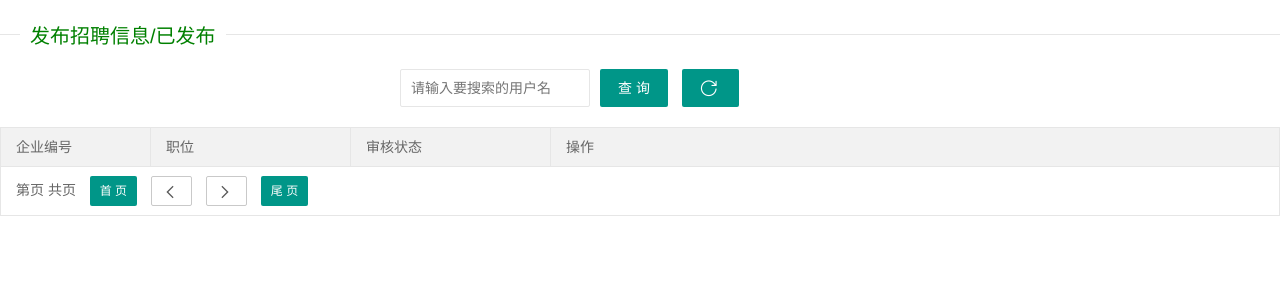
Repository: LongJinhe-coder/java-web-
Page: http://localhost/projectDemo7.30/checkRecruitment.jsp
The author's editor kept a copy of each file at every save. The page is drawn from the files as they stood at one save, then again after the next save.
The browser window is 1280 px wide. The pictures show the whole page.
The page is served by Tomcat 9.

Above is the page before, as saved 2020-07-29 07:50:51.
Console error (its wording comes from the project's code and is left out).

After the next save:
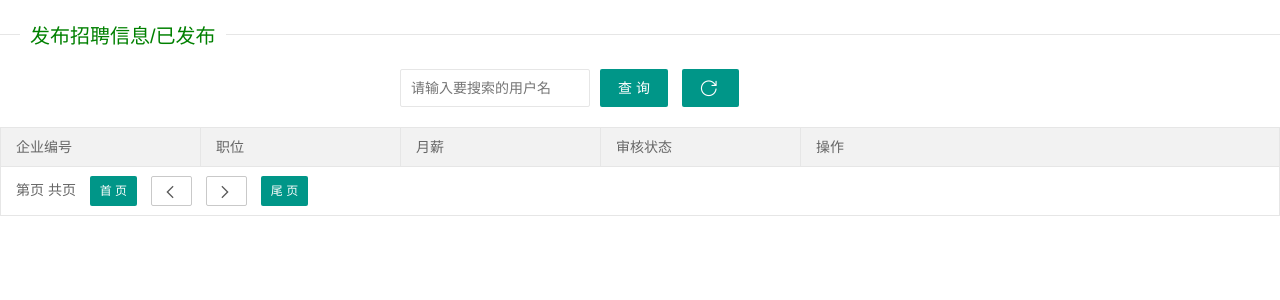
Saved 67 s later.
--- a/MyEclipse CI/projectDemo7.30/WebRoot/checkRecruitment.jsp
+++ b/MyEclipse CI/projectDemo7.30/WebRoot/checkRecruitment.jsp
@@ -46,7 +46,8 @@ String basePath = request.getScheme()+"://"+request.getServerName()+":"+request.
 
 <table class="layui-table">
   <colgroup>
-    <col width="150">
+    <col width="200">
+    <col width="200">
     <col width="200">
     <col width="200">
   </colgroup>
@@ -54,6 +55,7 @@ String basePath = request.getScheme()+"://"+request.getServerName()+":"+request.
     <tr>
       <th>企业编号</th>
       <th>职位</th>
+      <th>月薪</th>
       <th>审核状态</th>
       <th>操作</th>
     </tr>
